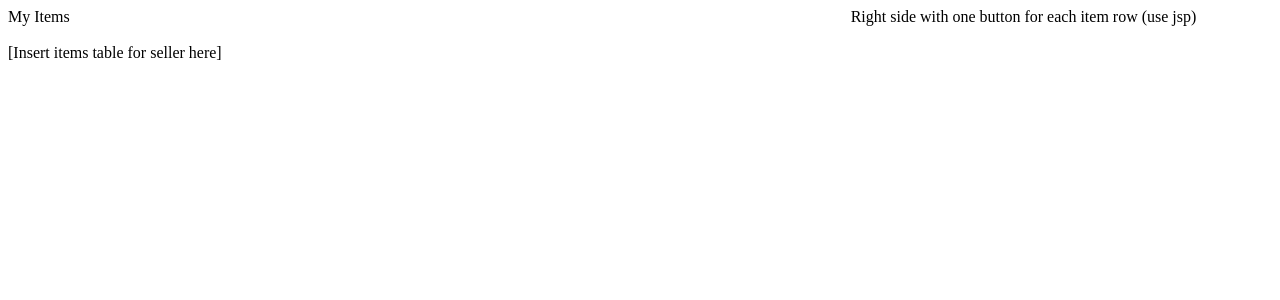
Repository: divergentArrow/Databases
Page: http://localhost/cs336project/seller.jsp
These files come from the project's save history. The page is drawn as it stood at one moment and after the next save; the edit follows.
The browser window is 1280 px wide. The pictures show the whole page.
The page is served by Tomcat 9.

Above is the page before, as saved 2019-04-14 20:31:36.

After the next save:
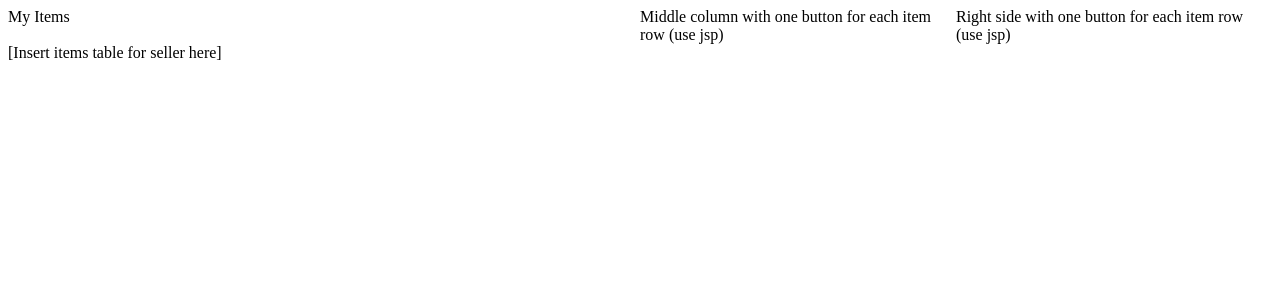
Saved 19 s later.
--- a/cs336project/WebContent/seller.jsp
+++ b/cs336project/WebContent/seller.jsp
@@ -20,6 +20,9 @@
 				<br></br>
         	</div>
         	<div style="width: 300px; display: table-cell;">
+        		Middle column with one button for each item row (use jsp)
+        	</div>
+        	<div style="width: 300px; display: table-cell;">
         		Right side with one button for each item row (use jsp)
         	</div>
     	</div>
